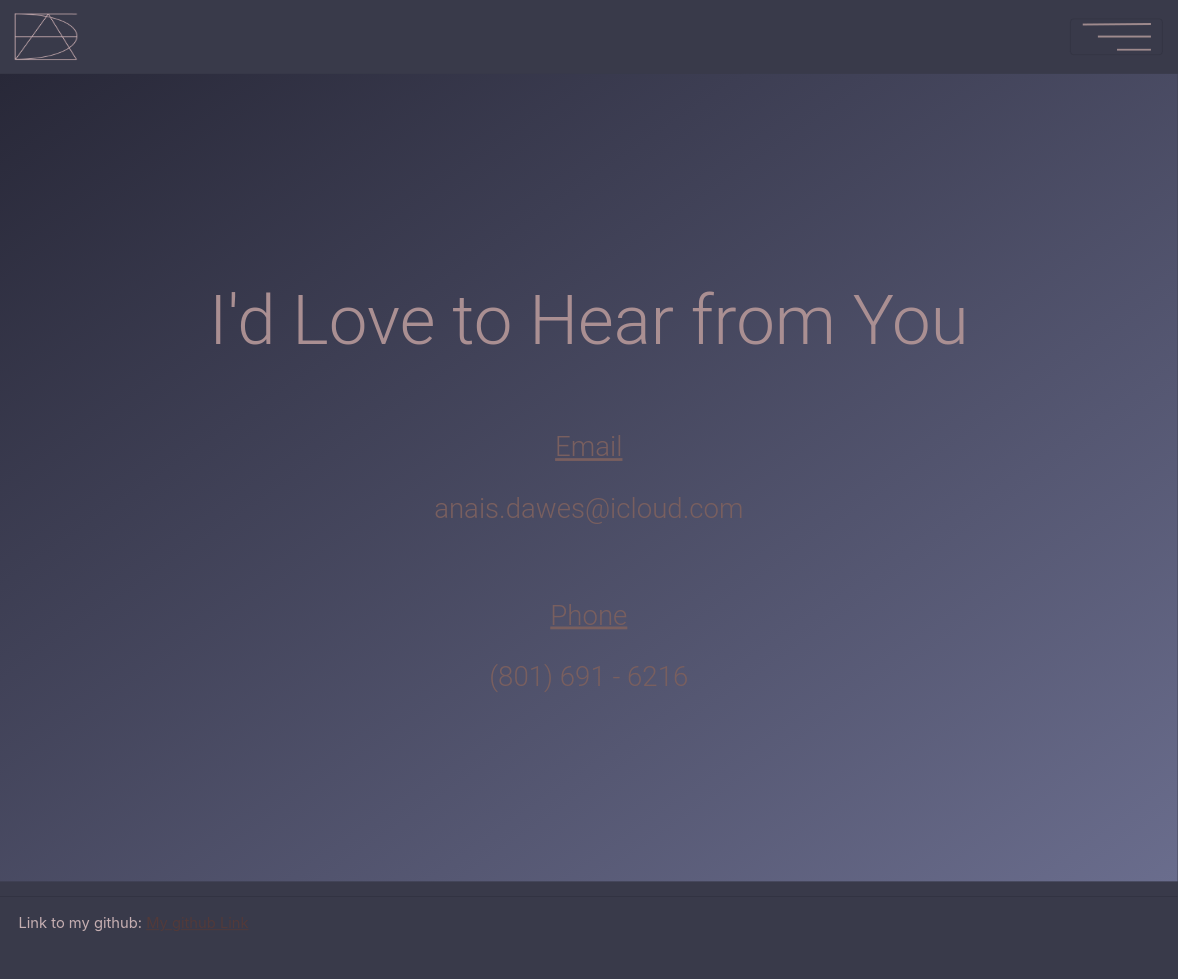
Repository: aedawes/cs260
Page: Portfolio/contact.html
These files come from the project's save history. The page is drawn as it stood at one moment and after the next save; the edit follows.
The browser window is 1280 px wide. The pictures show the whole page, at 92% of full size.

Above is the page before, as saved 2022-02-01 01:02:26.

After the next save:
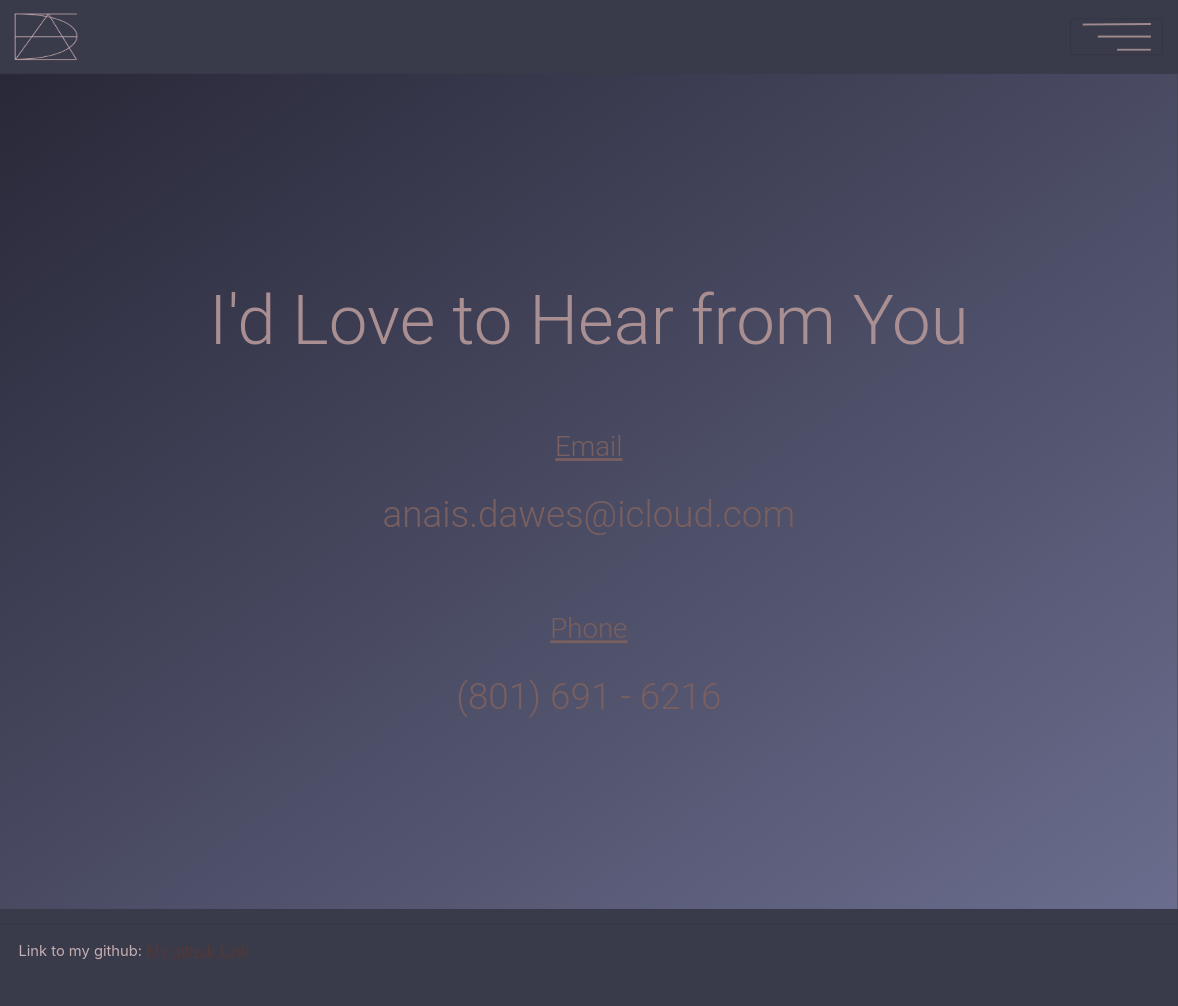
Saved 22 s later.
--- a/Portfolio/style.css
+++ b/Portfolio/style.css
@@ -119,6 +119,10 @@
 
     #email, #phone {
         font-size: 30px;
+    }
+
+    #p1, #p2 {
+        font-size: 40px;
     }
 }
 
@@ -399,7 +403,6 @@
     font-family: Roboto;
     font-style: normal;
     font-weight: 300;
-    font-size: 30px;
     color: rgb(121, 95, 95);
 }
 

After the 2 saves that followed:
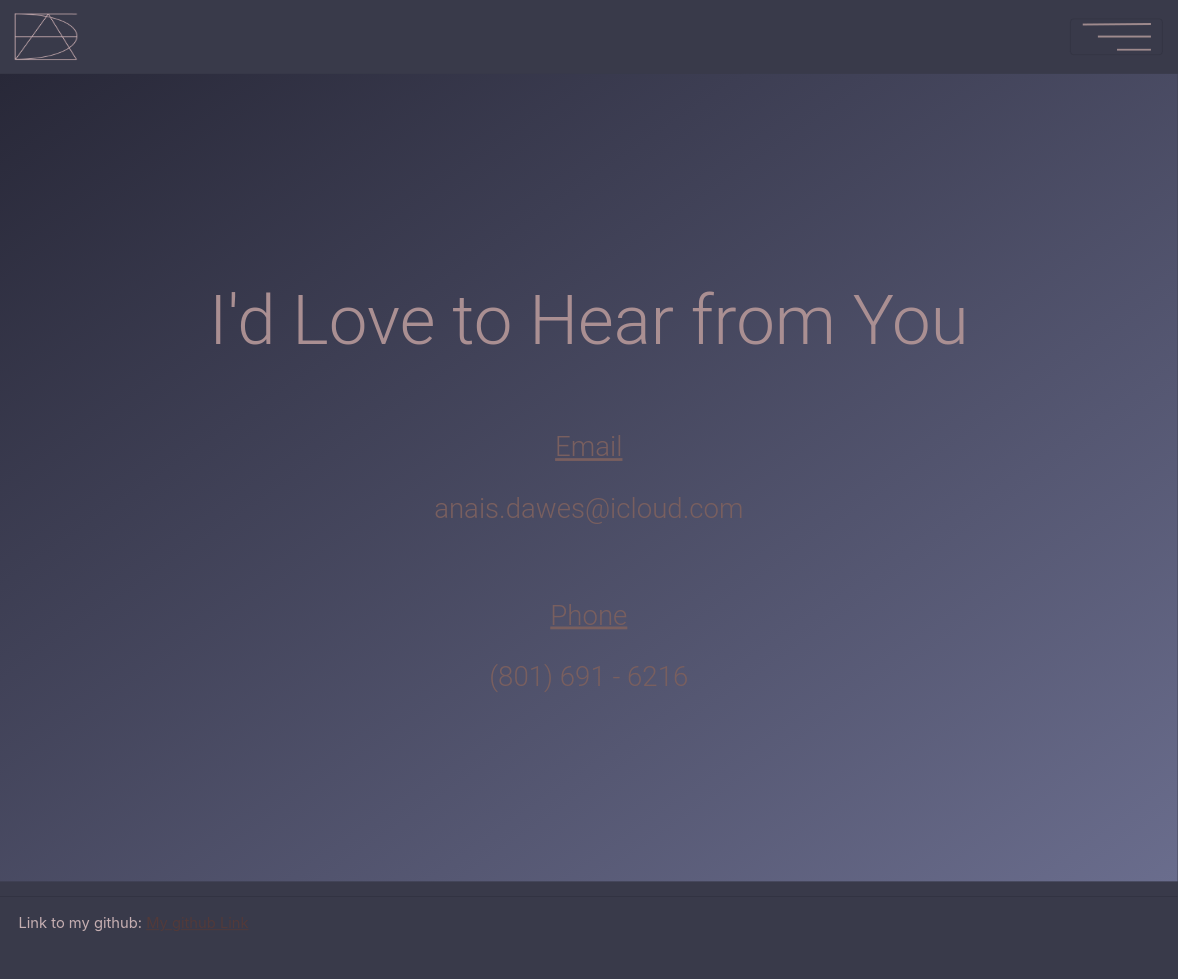
The 2 saves are shown as one change because 1 left the picture as it was.
The last was saved 17 s later.
--- a/Portfolio/style.css
+++ b/Portfolio/style.css
@@ -122,7 +122,7 @@
     }
 
     #p1, #p2 {
-        font-size: 40px;
+        font-size: 30px;
     }
 }
 
